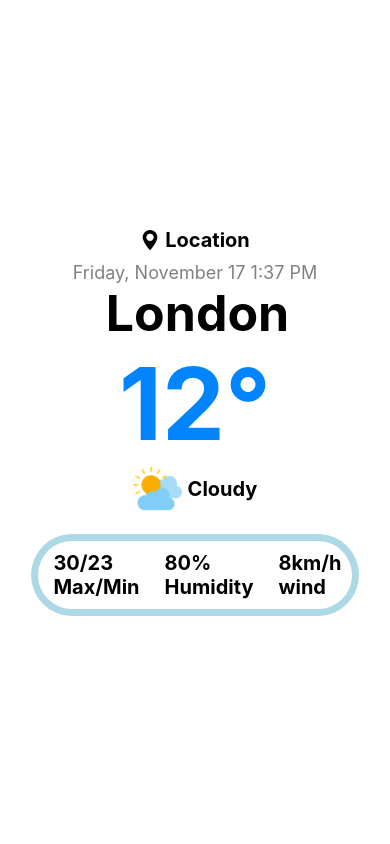
Repository: praveen080/react-native-weatherAppV1
Screen: /
An editor plug-in stored every save of this project. The screen is shown before and after a run of saves, followed by the edit.
The app was drawn by React Native's web renderer in a window 390 px wide. The project was rebuilt for these pictures with package versions that can differ from the ones it lists, and the page was loaded fresh each time. Also part of the build but not shown: Screens/startUp.js.

Above is the screen before, as saved 2023-11-17 14:18:18.

### App.js
import { StatusBar } from "expo-status-bar";
import { StyleSheet, Text, View } from "react-native";
import StartPage from "./Screens/startUp";
import Home from "./Screens/Home";

export default function App() {
  return (
    <View style={styles.container}>
      {/* <StartPage /> */}
      <Home />
    </View>
  );
}

const styles = StyleSheet.create({
  container: {
    flex: 1,
    backgroundColor: "#ff f",
    alignItems: "center",
    justifyContent: "center",
  },
});

### Screens/Home.js
import React from "react";
import { View, Text, Image, TouchableOpacity, StyleSheet } from "react-native";

const Home = () => {
  const currentDate = new Date();

  // Format the date and time
  const formattedDate = currentDate.toLocaleDateString("en-US", {
    weekday: "long",
    day: "numeric",
    month: "long",
  });

  const formattedTime = currentDate.toLocaleTimeString("en-US", {
    hour: "numeric",
    minute: "numeric",
    hour12: true,
  });
  return (
    <View style={styles.container}>
      {/* Location Text with Icon */}
      <TouchableOpacity style={styles.locationContainer}>
        <Image source={require("./assets/location.png")} style={styles.icon} />
        <Text style={styles.locationText}>Location</Text>
      </TouchableOpacity>

      {/* Current Time and Date */}
      <Text style={styles.dateTimeText}>
        {formattedDate} {formattedTime}
      </Text>
      <Text style={styles.location}>London</Text>

      {/* Numbers */}
      <View style={styles.numbersContainer}>
        <Text style={styles.number}>12°</Text>
      </View>

      <View style={styles.locationContainer}>
        <Image
          source={require("./assets/cloudy-day.png")}
          style={styles.iconS}
        />
        <Text style={styles.locationText}>Cloudy</Text>
      </View>
      <View style={styles.cardFull}>
        <View style={styles.locationContainer1}>
          <View style={styles.card}>
            <Text style={styles.locationText}>30/23</Text>
            <Text style={styles.locationText}>Max/Min</Text>
          </View>
          <View style={styles.card}>
            <Text style={styles.locationText}>80%</Text>
            <Text style={styles.locationText}>Humidity</Text>
          </View>
          <View style={styles.card}>
            <Text style={styles.locationText}>8km/h</Text>
            <Text style={styles.locationText}>wind</Text>
          </View>
        </View>
      </View>
    </View>
  );
};

export default Home;

export const styles = StyleSheet.create({
  container: {
    flex: 1,
    alignItems: "center",
    justifyContent: "center",
  },
  locationContainer: {
    flexDirection: "row",
    alignItems: "center",
  },
  locationContainer1: {
    flexDirection: "row",
    alignItems: "center",
    backgroundColor: "white",
    borderRadius: 50,
    margin: 7,
  },
  locationText: {
    fontSize: 20,
    marginLeft: 5,
    fontWeight: "bold",
  },
  location: {
    fontSize: 50,
    marginLeft: 5,
    fontWeight: "bold",
  },
  icon: {
    width: 20,
    height: 20,
  },
  iconS: {
    width: 50,
    height: 50,
  },
  dateTimeText: {
    fontSize: 18,
    marginTop: 10,
    color: "grey",
  },
  numbersContainer: {
    flexDirection: "row",
    alignItems: "center",
    // marginTop: 20,
  },
  number: {
    fontSize: 100,
    // marginRight: 10,
    fontWeight: "bold",
    color: "#0085FE",
  },
  logo: {
    width: 100,
    height: 100,
    marginTop: 20,
  },
  card: {
    margin: 10,
  },
  cardFull: {
    borderRadius: 50,
    backgroundColor: "lightblue",
    marginTop: 20,
  },
});

// // Weather.js

// import React, { useState } from "react";
// import { View, Text, TextInput, Button, StyleSheet } from "react-native";
// import axios from "axios";

// const Home = () => {
//   const [city, setCity] = useState("");
//   const [weatherData, setWeatherData] = useState(null);
//   const [error, setError] = useState("");

//   const apiKey = "2891236865fb81dd11cf0be56216e1cb";

//   const fetchWeatherData = async () => {
//     try {
//       const response = await axios.get(
//         `https://api.openweathermap.org/data/2.5/weather?q=${city}&appid=${apiKey}&units=metric`
//       );
//       setWeatherData(response.data);
//       setError("");
//     } catch (error) {
//       setWeatherData(null);
//       setError("City not found. Please try again.");
//     }
//   };

//   return (
//     <View style={styles.container}>
//       <Text style={styles.title}>Weather App</Text>
//       <TextInput
//         style={styles.input}
//         placeholder="Enter city"
//         value={city}
//         onChangeText={(text) => setCity(text)}
//       />
//       <Button title="Get Weather" onPress={fetchWeatherData} />
//       {weatherData && (
//         <View>
//           <Text>{`City: ${weatherData.name}`}</Text>
//           <Text>{`Temperature: ${weatherData.main.temp}°C`}</Text>
//           {/* Add more weather details as needed */}
//         </View>
//       )}
//       {error !== "" && <Text style={styles.error}>{error}</Text>}
//     </View>
//   );
// };

// const styles = StyleSheet.create({
//   container: {
//     flex: 1,
//     justifyContent: "center",
//     alignItems: "center",
//   },
//   title: {
//     fontSize: 20,
//     fontWeight: "bold",
//     marginBottom: 10,
//   },
//   input: {
//     height: 40,
//     borderColor: "gray",
//     borderWidth: 1,
//     marginBottom: 10,
//     padding: 10,
//     width: 200,
//   },
//   error: {
//     color: "red",
//     marginTop: 10,
//   },
// });

// export default Home;

After the next 5 saves:
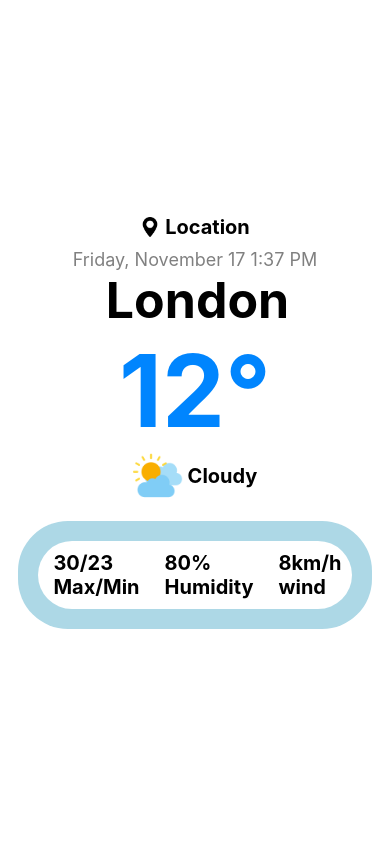
The 5 saves are shown as one change because they came seconds apart.
The last was saved 13 s later.
--- a/Screens/Home.js
+++ b/Screens/Home.js
@@ -79,7 +79,7 @@ export const styles = StyleSheet.create({
     alignItems: "center",
     backgroundColor: "white",
     borderRadius: 50,
-    margin: 7,
+    margin: 20,
   },
   locationText: {
     fontSize: 20,
